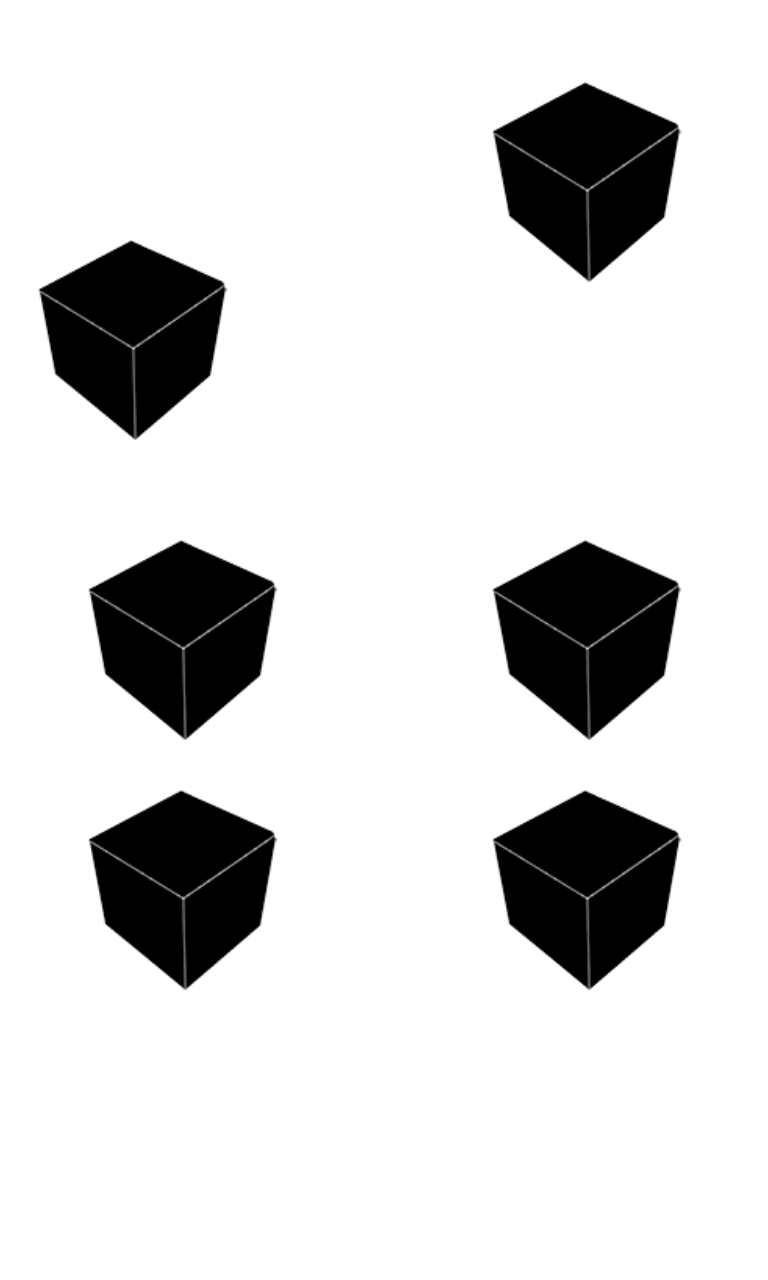
Repository: DSKarramba/university
Layout: models_and_methods_ICS/lab_01/code/calc/res/layout/activity_main.xml
These files come from the project's save history. The layout is drawn as it stood at one moment and after the next save; the edit follows.
It is drawn on a 768 x 1280 px phone screen (xhdpi) without system bars, with theme AppTheme; the app's code is not run.

Above is the layout before, as saved 2014-12-11 03:39:30.

After the next save:
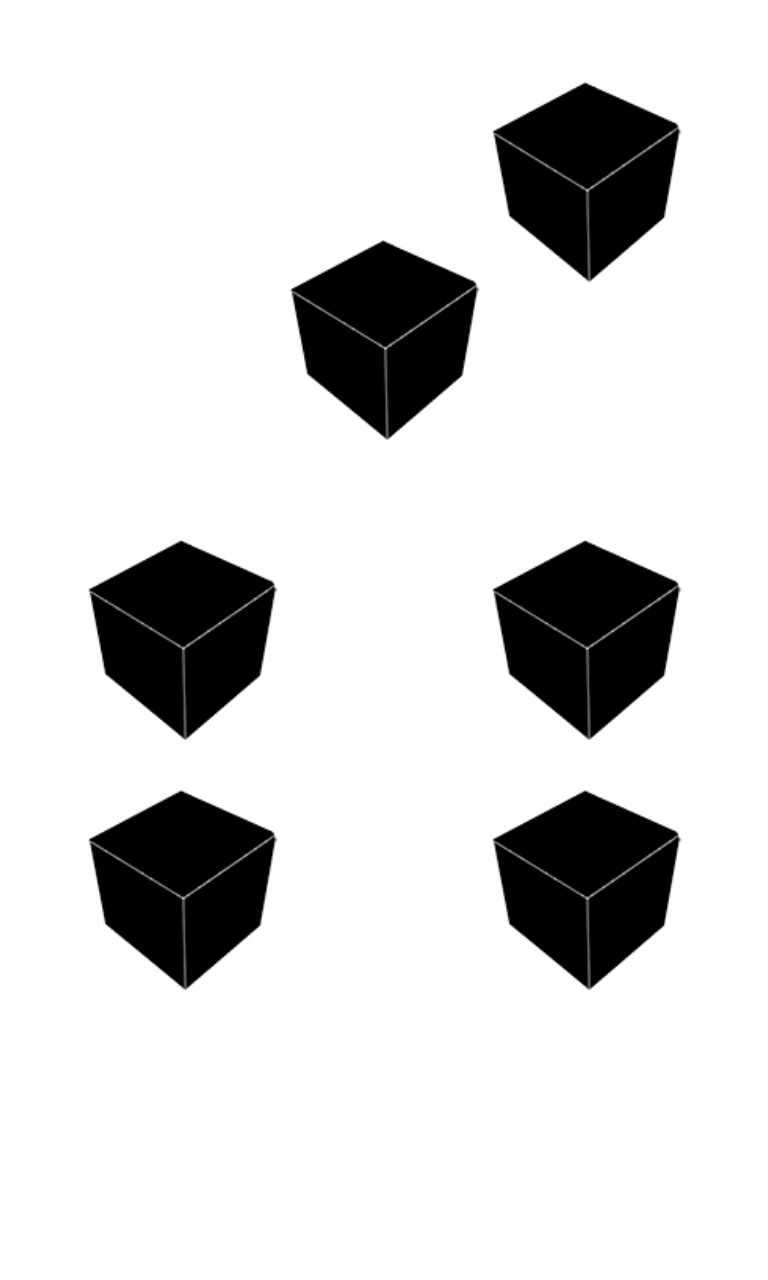
Saved 7 s later.
--- a/models_and_methods_ICS/lab_01/code/calc/res/layout/activity_main.xml
+++ b/models_and_methods_ICS/lab_01/code/calc/res/layout/activity_main.xml
@@ -13,7 +13,7 @@
         android:id="@+id/img1"
         android:layout_width="100dp"
         android:layout_height="100dp"
-        android:layout_centerVertical="true"
+        android:layout_centerHorizontal="true"
         android:layout_above="@+id/img3"
         android:layout_marginRight="50dp"
         android:layout_marginBottom="50dp"

After the save that followed:
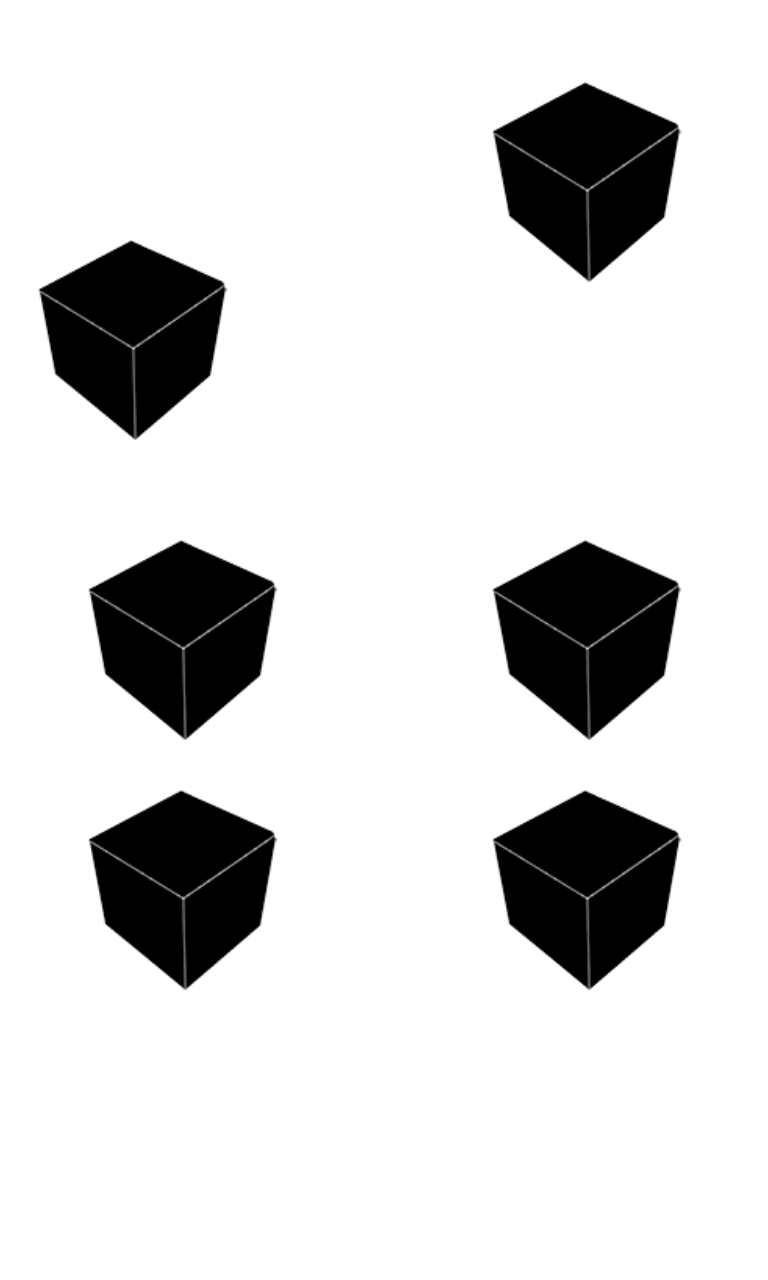
Saved 11 s later.
--- a/models_and_methods_ICS/lab_01/code/calc/res/layout/activity_main.xml
+++ b/models_and_methods_ICS/lab_01/code/calc/res/layout/activity_main.xml
@@ -13,7 +13,6 @@
         android:id="@+id/img1"
         android:layout_width="100dp"
         android:layout_height="100dp"
-        android:layout_centerHorizontal="true"
         android:layout_above="@+id/img3"
         android:layout_marginRight="50dp"
         android:layout_marginBottom="50dp"
